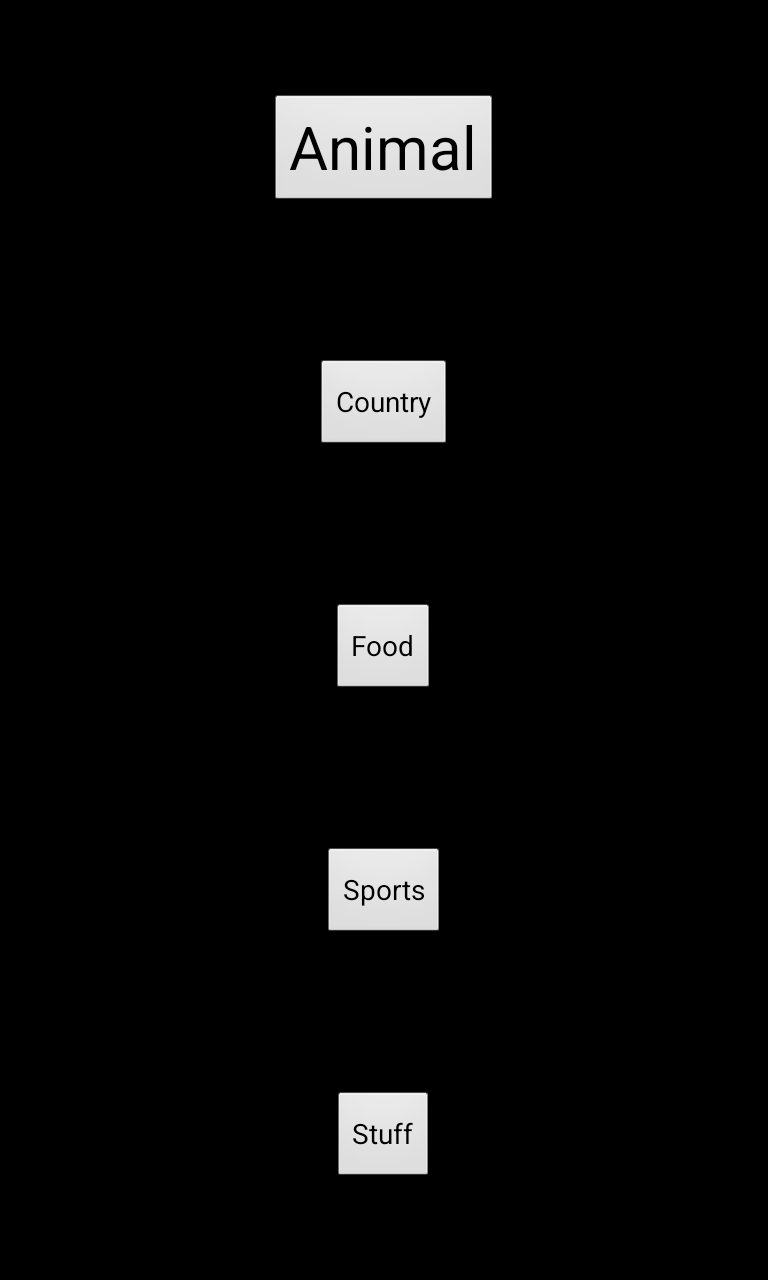
Repository: aster9725/HK-CityU-SummerExchange
Layout: Copy of WordQuiz/res/layout/activity_category.xml
The author's editor kept a copy of each file at every save. The layout is drawn from the files as they stood at one save, then again after the next save.
It is drawn on a 768 x 1280 px phone screen (xhdpi) without system bars, with theme android:Theme; the app's code is not run.

Above is the layout before, as saved 2014-07-24 09:58:21.

### Copy of WordQuiz/res/layout/activity_category.xml
<?xml version="1.0" encoding="utf-8"?>
<LinearLayout xmlns:android="http://schemas.android.com/apk/res/android"
    android:layout_width="match_parent"
    android:layout_height="match_parent"
    android:orientation="vertical"
    android:paddingTop="10dp"
    android:paddingBottom="10dp">

    <LinearLayout
        android:layout_width="match_parent"
        android:layout_height="wrap_content"
        android:layout_weight="1"
        android:gravity="center_vertical|center_horizontal"
        android:orientation="horizontal" >

        <Button
            android:id="@+id/category_animal"
            android:layout_width="wrap_content"
            android:layout_height="wrap_content"
            android:text="Animal"
            android:textSize="30sp" />
    </LinearLayout>

    <LinearLayout
        android:layout_width="match_parent"
        android:layout_height="wrap_content"
        android:layout_weight="1"
        android:gravity="center_vertical|center_horizontal"
        android:orientation="horizontal" >

        <Button
            android:id="@+id/category_country"
            android:layout_width="wrap_content"
            android:layout_height="wrap_content"
            android:text="Country" />
    </LinearLayout>

    <LinearLayout
        android:layout_width="match_parent"
        android:layout_height="wrap_content"
        android:layout_weight="1"
        android:gravity="center_vertical|center_horizontal"
        android:orientation="horizontal" >

        <Button
            android:id="@+id/category_food"
            android:layout_width="wrap_content"
            android:layout_height="wrap_content"
            android:text="Food" />
    </LinearLayout>

    <LinearLayout
        android:layout_width="match_parent"
        android:layout_height="wrap_content"
        android:layout_weight="1"
        android:gravity="center_vertical|center_horizontal"
        android:orientation="horizontal" >

        <Button
            android:id="@+id/category_sport"
            android:layout_width="wrap_content"
            android:layout_height="wrap_content"
            android:text="Sports" />
    </LinearLayout>

    <LinearLayout
        android:layout_width="match_parent"
        android:layout_height="wrap_content"
        android:layout_weight="1"
        android:gravity="center_vertical|center_horizontal"
        android:orientation="horizontal" >

        <Button
            android:id="@+id/category_stuff"
            android:layout_width="wrap_content"
            android:layout_height="wrap_content"
            android:text="Stuff" />
    </LinearLayout>

</LinearLayout>

After the next save:
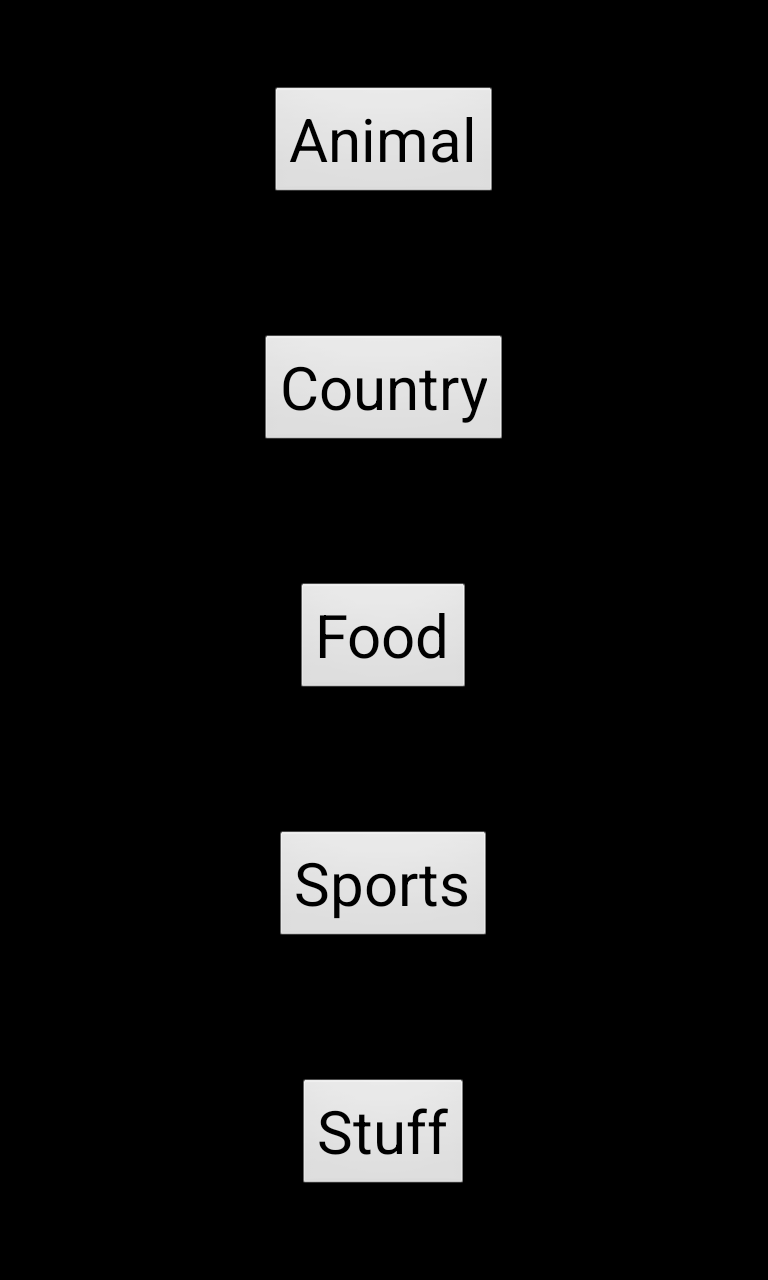
Saved 33 s later.
--- a/Copy of WordQuiz/res/layout/activity_category.xml
+++ b/Copy of WordQuiz/res/layout/activity_category.xml
@@ -32,7 +32,8 @@
             android:id="@+id/category_country"
             android:layout_width="wrap_content"
             android:layout_height="wrap_content"
-            android:text="Country" />
+            android:text="Country"
+            android:textSize="30sp" />
     </LinearLayout>
 
     <LinearLayout
@@ -46,7 +47,8 @@
             android:id="@+id/category_food"
             android:layout_width="wrap_content"
             android:layout_height="wrap_content"
-            android:text="Food" />
+            android:text="Food"
+            android:textSize="30sp" />
     </LinearLayout>
 
     <LinearLayout
@@ -60,7 +62,8 @@
             android:id="@+id/category_sport"
             android:layout_width="wrap_content"
             android:layout_height="wrap_content"
-            android:text="Sports" />
+            android:text="Sports"
+            android:textSize="30sp" />
     </LinearLayout>
 
     <LinearLayout
@@ -74,7 +77,8 @@
             android:id="@+id/category_stuff"
             android:layout_width="wrap_content"
             android:layout_height="wrap_content"
-            android:text="Stuff" />
+            android:text="Stuff"
+            android:textSize="30sp" />
     </LinearLayout>
 
 </LinearLayout>
